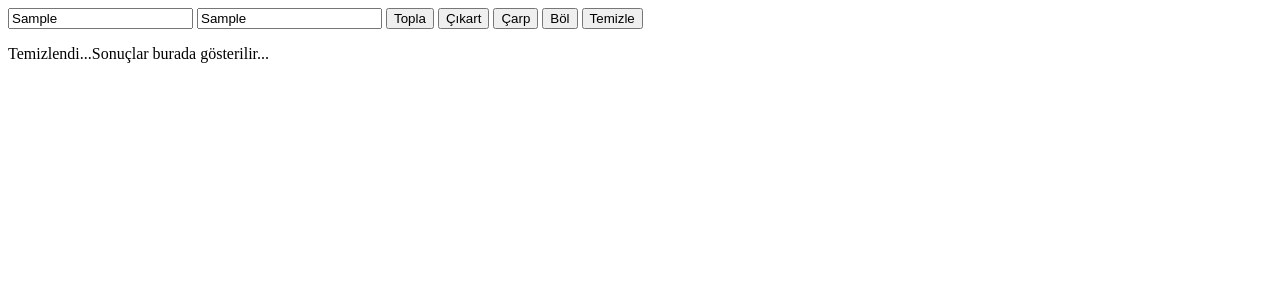
Repository: emrebolukbas/.js-Training-Tobeto
Page: 1.1-DortIslem/public/DortIslem.html
An editor plug-in stored every save of this project. The page is shown before and after the next save, followed by the edit.
The browser window is 1280 px wide. The pictures show the whole page.
Empty fields were first filled with sample values (such as "Sample", 5 or name@example.com).
After loading, the first visible `button[onclick="temizle();"]` was clicked once.

Above is the page before, as saved 2023-10-06 21:55:02.

After the next save:
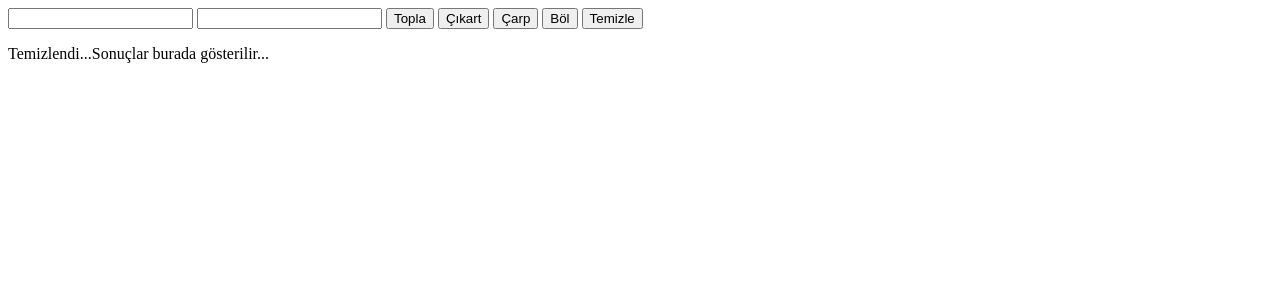
Saved 42 s later.
--- a/1.1-DortIslem/public/DortIslem.js
+++ b/1.1-DortIslem/public/DortIslem.js
@@ -53,8 +53,8 @@
 
 	 var birinciSayi = +document.getElementById("input-1");
 	 var ikinciSayi = +document.getElementById("input-2");
-	 document.getElementById("input-1").innerHTML=""
-	 document.getElementById("input-2").innerHTML=""
+	 document.getElementById("input-1").value=""
+	 document.getElementById("input-2").value=""
 	 document.getElementById("p-1").innerHTML= "Temizlendi...Sonuçlar burada gösterilir..."
 
 
